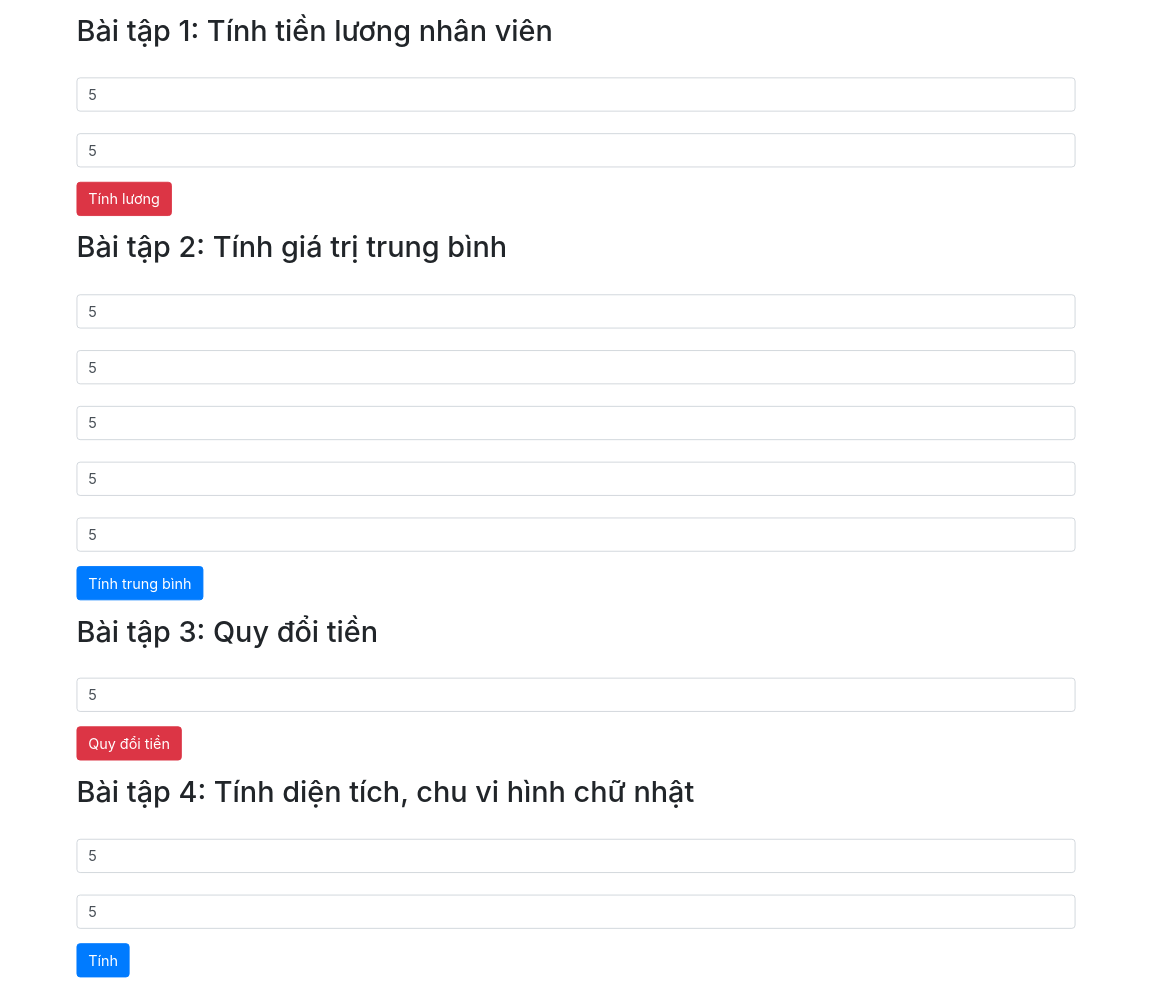
Repository: thanhfrankie/BC10-LeMinhThanh-Js-b2-3
Page: index.html
An editor plug-in stored every save of this project. The page is shown before and after a run of saves, followed by the edit.
The browser window is 1280 px wide. The pictures show the whole page, at 90% of full size.
Empty fields were first filled with sample values (such as "Sample", 5 or name@example.com).
After loading, the first visible `button[onclick="tinh()"]` was clicked once.

Above is the page before, as saved 2023-12-15 15:58:11.
Console error: SyntaxError: Unexpected token '}'

After the next 2 saves:
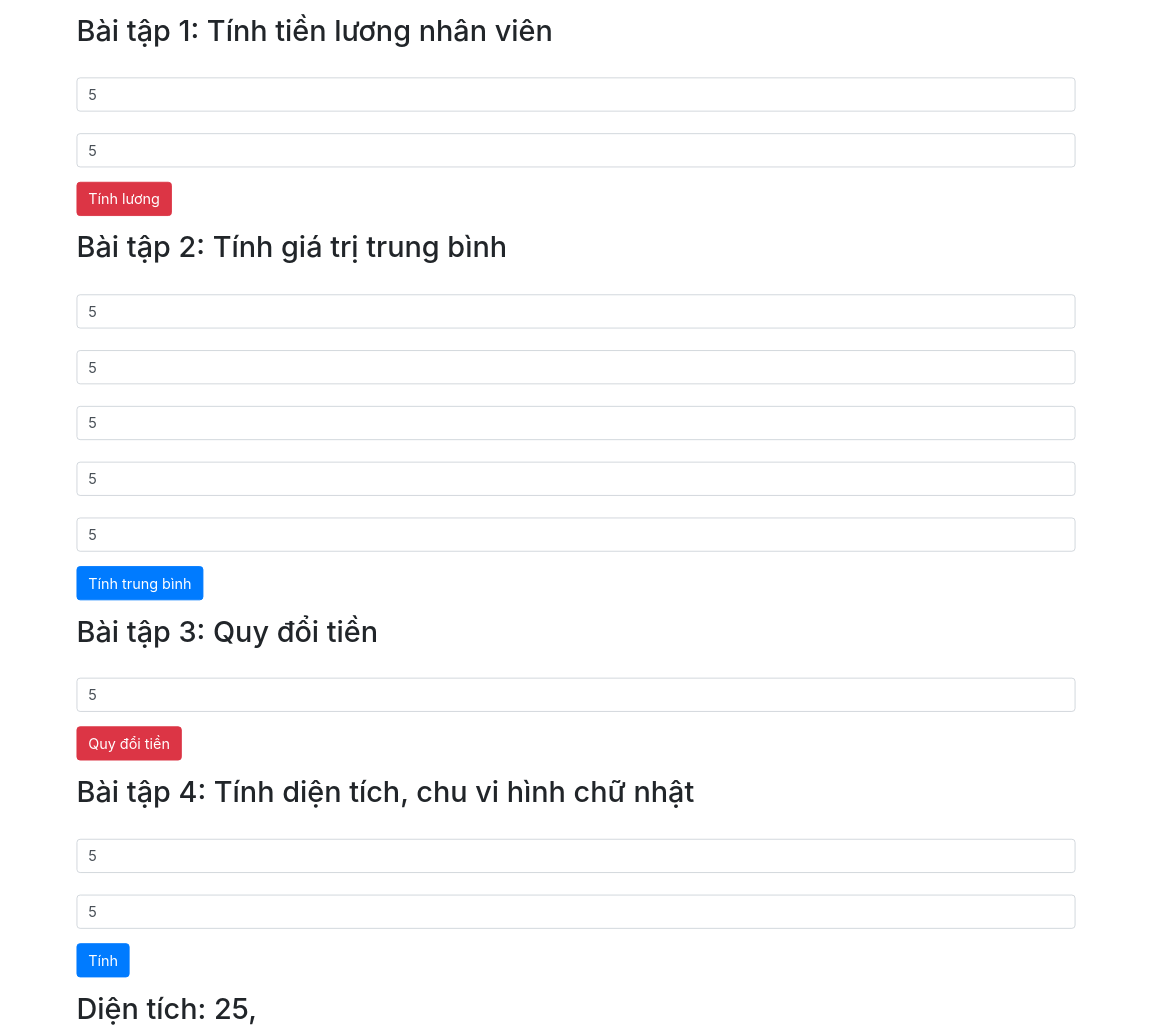
The error is gone.
The 2 saves are shown as one change because they came seconds apart.
The last was saved 7 s later.
--- a/index.js
+++ b/index.js
@@ -68,5 +68,5 @@ function tinh() {
     var chuVi = (chieuDai + chieuRong) * 2
     var dienTich = chieuDai * chieuRong
     var ketQua = document.getElementById("ket-qua-nhan-duoc")
-    ketQua.innerText = `Diện tích: ${} `
+    ketQua.innerText = `Diện tích: ${dienTich},  `
 }
